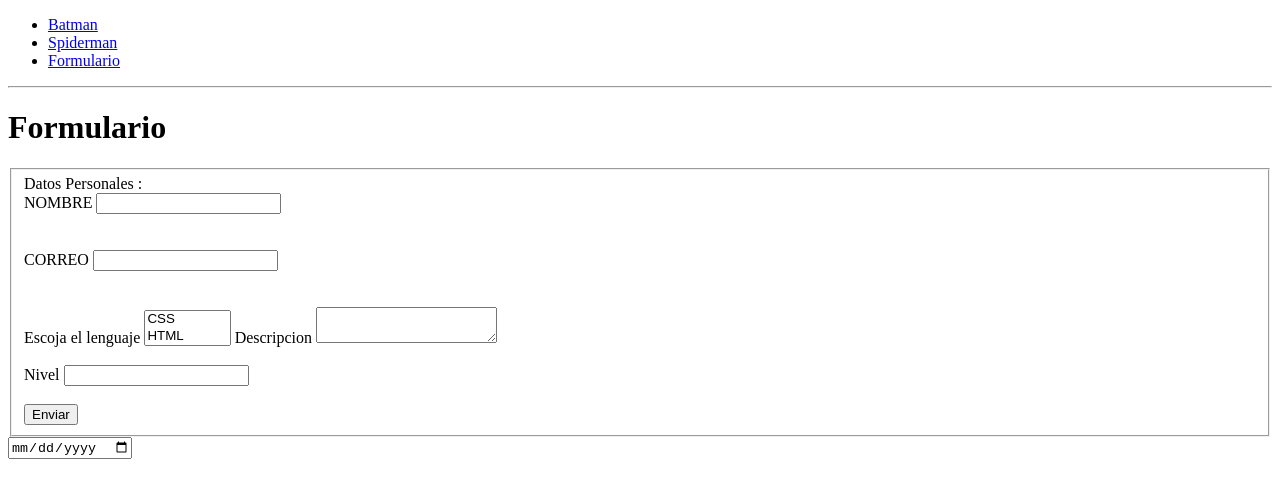
Repository: Arito05/Mi-primer-Repositorio
Page: dia1/formulario.html
These files come from the project's save history. The page is drawn as it stood at one moment and after a run of saves; the edit follows.
The browser window is 1280 px wide. The pictures show the whole page.

Above is the page before, as saved 2024-07-19 10:25:13.

After the next 9 saves:
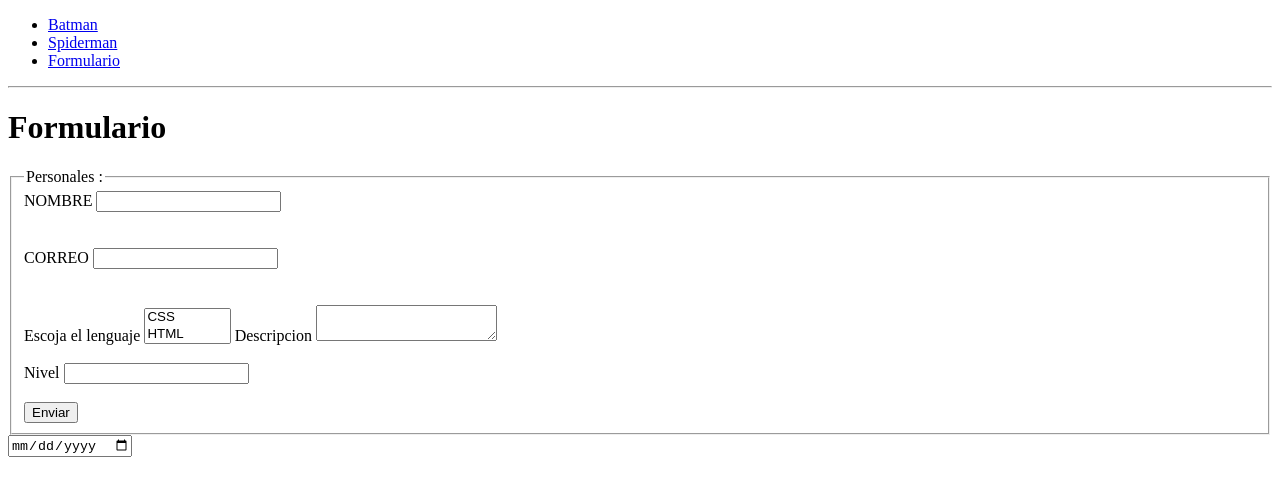
The 9 saves are shown as one change because they came seconds apart.
The last was saved 2 min 16 s later.
--- a/dia1/formulario.html
+++ b/dia1/formulario.html
@@ -15,8 +15,8 @@
     <h1>Formulario</h1>
 
     <form>
-      <fieldset>Datos Personales : <br>
-
+      <fieldset>
+        <legend>Personales :</legend>
         <label for="nombre">NOMBRE</label>
         <input
           type="text"
